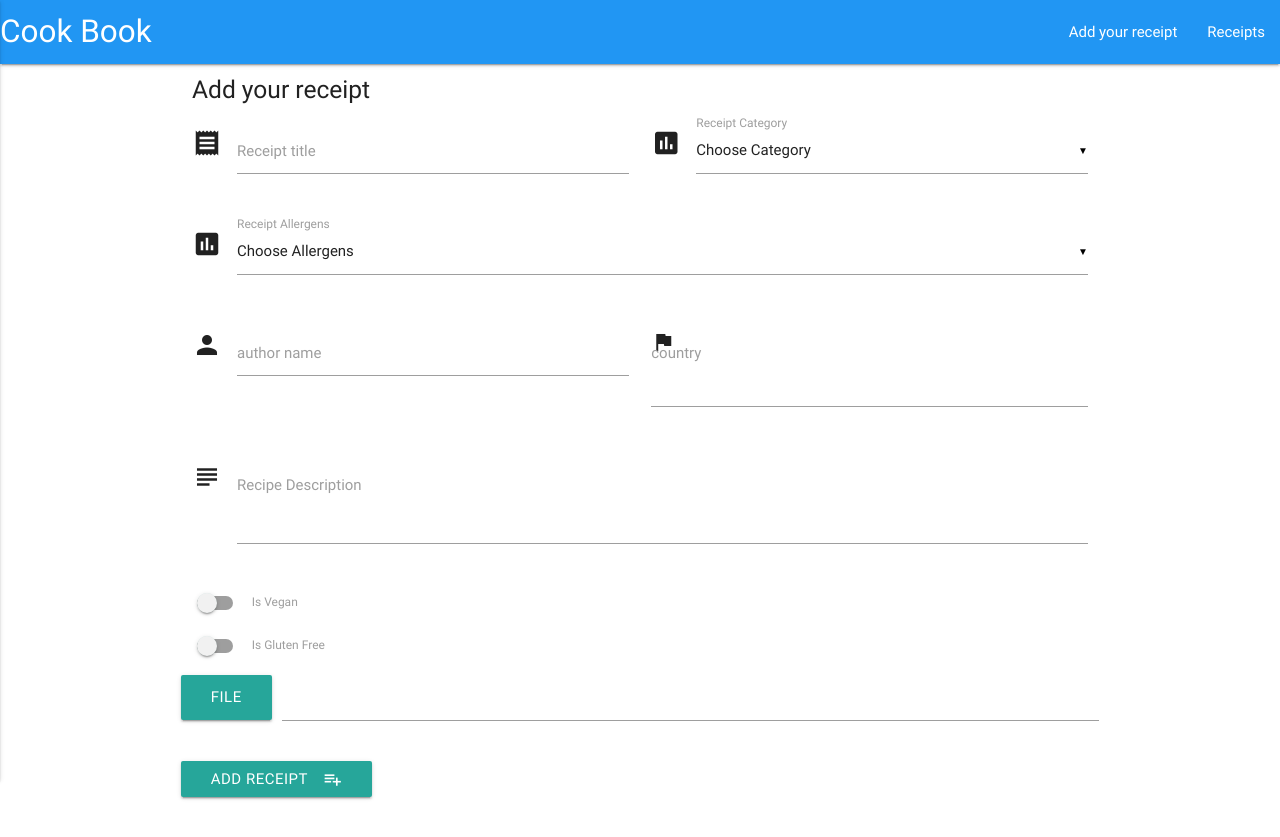
Repository: bbarbara19/cookbook
Page: http://localhost/add_receipt
The author's editor kept a record of every edit. The page is drawn from the files as they stood at one moment, then again after the next edit.
The browser window is 1280 px wide. The pictures show the whole page.
Some web libraries are served in a nearby version. The page is served by the project's application, run on Flask 3 (app.py). Queries for data that is not in the repository find no rows.

Above is the page before.

### templates/add_receipt.html
<!DOCTYPE html>
<html lang="en">
<head>
    <meta charset="UTF-8">
    <meta name="viewport" content="width=device-width, initial-scale=1.0">
    <meta http-equiv="X-UA-Compatible" content="ie=edge">
    <title>Cookbook</title>
    <!--Import Google Icon Font-->
    <link href="https://fonts.googleapis.com/icon?family=Material+Icons" rel="stylesheet">
    <!--Import materialize.css-->
    <link rel="stylesheet" href="https://cdnjs.cloudflare.com/ajax/libs/materialize/0.100.2/css/materialize.min.css">
    <!--Import Font Awesome -->
    <link rel="stylesheet" href="https://cdnjs.cloudflare.com/ajax/libs/font-awesome/4.7.0/css/font-awesome.min.css">
</head>
<body>
<!------header-------->
  <header class="navbar-fixed">
      <nav class="blue">
        <div class="nav-wrapper">
          <a href="#" class="brand-logo">Cook Book</a>
          <a href="#" data-activates="mobile-demo" class="button-collapse"><i class="material-icons">menu</i></a>
            <ul class="right hide-on-med-and-down">
              <li><a href="#">Add your receipt</a></li>
              <li><a href="#">Receipts</a></li>
            </ul>
            <ul class="side-nav" id="mobile-demo">
              <li><a href="#">Add your receipt</a></li>
              <li><a href="#">Receipts</a></li>
            </ul>
        </div>
      </nav>
  </header>
<!------/header-------->

<!------form add your receipt-------->
<section class="container">
    <h5>Add your receipt</h5>
    <div class="row">
        <form action="{{ url_for('insert_receipt') }}" method="POST"  class="col s12">
            <div class="row">
                    <div class="input-field col s6">
                        <i class="material-icons prefix">receipt</i>
                        <input id="receipt_name" name="receipt_name" type="text">
                        <label for="icon_prefix">Receipt title</label>
                    </div>
                    <div class="input-field col s6">
                        <i class="material-icons prefix">poll</i>
                        <select id="category_name" name="category_name">
                        <option value="" disabled selected>Choose Category</option>
                        {% for category in categories %}
                          <option value="{{category.category_name}}">{{category.category_name}}</option>
                        {% endfor %}
                        </select>
                        <label>Receipt Category</label>
                    </div>
            </div>
            <div class="row">
                    <div class="input-field col s12">
                        <i class="material-icons prefix">poll</i>
                        <select id="allergen" name="allergen">
                        <option value="" disabled selected>Choose Allergens</option>
                        {% for allergen in allergens %}
                          <option value="{{allergen.allergen_name}}">{{allergen.allergen_name}}</option>
                        {% endfor %}
                        </select>
                        <label>Receipt Allergens</label>
                    </div>
            </div>
            <div class="row">
                    <div class="input-field col s6">
                        <i class="material-icons prefix">person</i>
                        <input id="author" name="author" type="text">
                        <label for="icon_prefix">author name</label>
                    </div>
                    <div class="input-field col s6">
                        <i class="material-icons">flag</i>
                        <input id="country" name="country" type="text">
                        <label for="icon_prefix">country</label>
                    </div>
            </div>
             <div class="row">
                <div class="input-field col s12">
                    <i class="material-icons prefix">subject</i>
                    <textarea name="description" id="description" class="materialize-textarea"></textarea>
                    <label for="icon_telephone">Recipe Description</label>
                </div>
            </div>
            <div class="row">
                <div class="switch">
                    <label>
                      <input id="is_vegan" name="is_vegan" type="checkbox">
                      <span class="lever"></span>
                      Is Vegan
                    </label>
                </div>
            </div>
             <div class="row">
                <div class="switch">
                    <label>
                      <input id="is_glutenfree" name="is_glutenfree" type="checkbox">
                      <span class="lever"></span>
                      Is Gluten Free
                    </label>
                </div>
            </div>
            <div class="row">
                <div class="file-field input-field">
                    <div class="btn">
                       <span>File</span>
                       <input type="file">
                    </div>
                    <div class="file-path-wrapper">
                       <input class="file-path validate" type="text">
                    </div>
                </div>
            </div>
            <div class="row">
                <button class="btn waves-effect waves-light" type="submit" name="action">Add Receipt
                    <i class="material-icons right">playlist_add</i>
                 </button>
            </div>
        </form>
    </div>
</section>
<!------form add your receipt-------->
<!--Import jQuery-->
  <script src="https://cdnjs.cloudflare.com/ajax/libs/jquery/3.2.1/jquery.min.js"></script>

<!-- Compiled and minified JavaScript -->
<script src="https://cdnjs.cloudflare.com/ajax/libs/materialize/0.100.2/js/materialize.min.js"></script>

<!-- Materialize component initialization -->
<script type="text/javascript">
    $(document).ready(function(){
      $('.collapsible').collapsible();
      $(".dropdown-button").dropdown();
      $(".button-collapse").sideNav();
      $('.carousel.carousel-slider').carousel({fullWidth: true});
      $('.slider').slider();
      $('select').material_select();
      $('.datepicker').pickadate({
            selectMonths: true, // Creates a dropdown to control month
            selectYears: 15, // Creates a dropdown of 15 years to control year,
            today: 'Today',
            clear: 'Clear',
            close: 'Ok',
            closeOnSelect: false // Close upon selecting a date,
        });

    });
</script>

</body>
</html>

### app.py
import os
from flask import Flask, render_template, redirect, request, url_for
from flask_pymongo import PyMongo
from bson.objectid import ObjectId

app = Flask(__name__)
app.config["MONGO_DBNAME"] = 'receipt_book'
app.config["MONGO_URI"] = 'mongodb+srv://mongouser:bbmongo20@myfirstcluster-km3xj.mongodb.net/receipt_book?retryWrites=true&w=majority'
mongo = PyMongo(app)


@app.route('/')
@app.route('/get_receipts')
def get_receipts():
    return render_template("receipts.html", receipts=mongo.db.receipts.find())

@app.route('/add_receipt')
def add_receipt():
    return render_template('add_receipt.html',
                           categories=mongo.db.categories.find(),
                           allergens=mongo.db.allergens.find())

@app.route('/insert_receipt', methods=['POST'])
def insert_receipt():
    receipts = mongo.db.receipts
    receipts.insert_one(request.form.to_dict())
    return redirect(url_for('get_receipts'))

if __name__ == '__main__':
    app.run(host=os.environ.get('IP'),
            port=int(os.environ.get('PORT')),
            debug=True)

After the next edit:
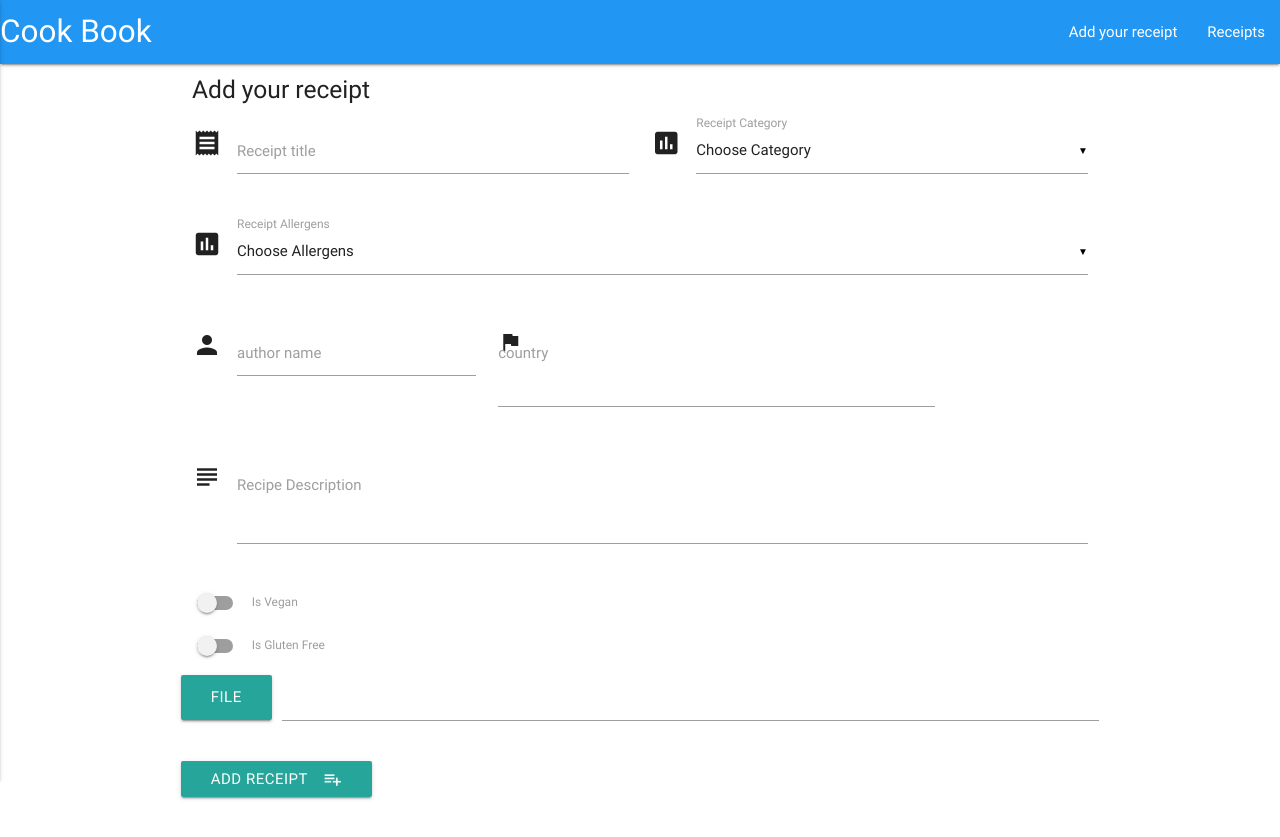
The edit:
--- a/templates/add_receipt.html
+++ b/templates/add_receipt.html
@@ -67,7 +67,7 @@
                     </div>
             </div>
             <div class="row">
-                    <div class="input-field col s6">
+                    <div class="input-field col s4">
                         <i class="material-icons prefix">person</i>
                         <input id="author" name="author" type="text">
                         <label for="icon_prefix">author name</label>
